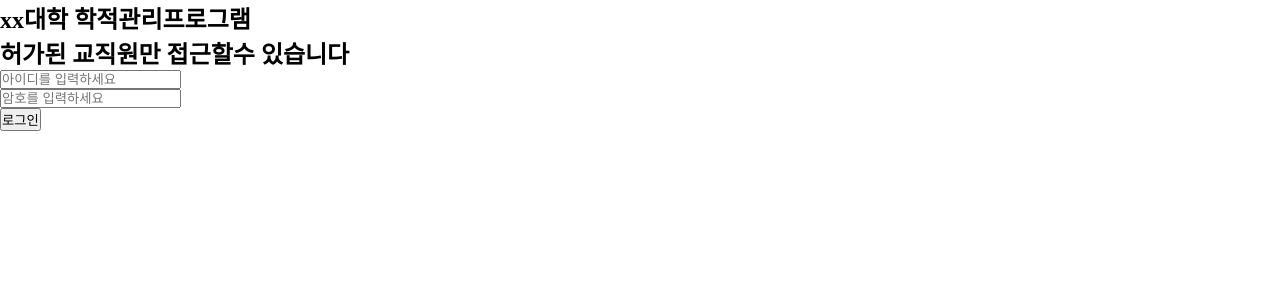
Repository: KangJinSol/jsp
Page: http://localhost/StudentProject/university_login.jsp
These files come from the project's save history. The page is drawn as it stood at one moment and after the next save; the edit follows.
The browser window is 1280 px wide. The pictures show the whole page.
The page is served by Tomcat 9.

Above is the page before, as saved 2021-01-22 09:40:01.

After the next save:
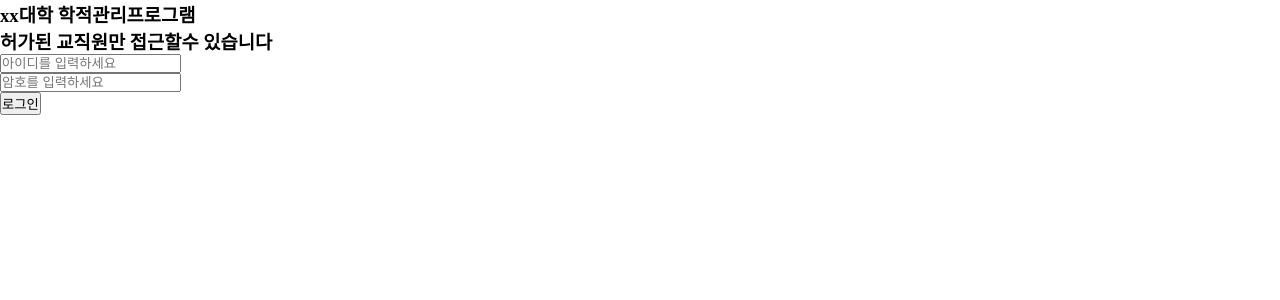
Saved 38 s later.
--- a/jsp/StudentProject/WebContent/university_login.jsp
+++ b/jsp/StudentProject/WebContent/university_login.jsp
@@ -14,8 +14,8 @@
 </head>
 <body>
 	<div class="container">
-		<h2>xx대학 학적관리프로그램</h2>
-		<h2>허가된 교직원만 접근할수 있습니다</h2>
+		<h3>xx대학 학적관리프로그램</h3>
+		<h3>허가된 교직원만 접근할수 있습니다</h3>
 		<form method="post" action="login.do">
 			<input type="text" name="id" id="id" placeholder="아이디를 입력하세요"><br>
 			<input type="password" name="pass" id="sabun" placeholder="암호를 입력하세요"><br>
